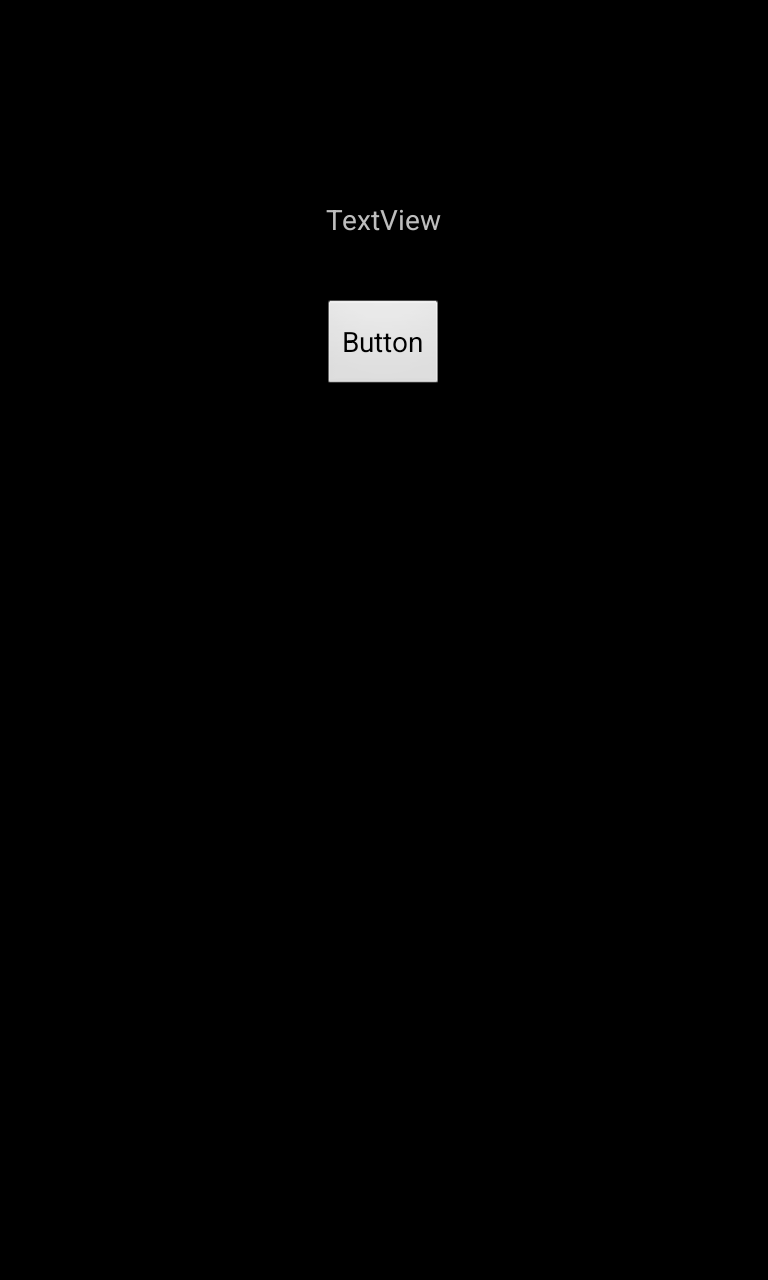
Repository: adityasawhney/ParkingIQ
Layout: prototype/RestAndroid/res/layout/main.xml
An editor plug-in stored every save of this project. The layout is shown before and after the next save, followed by the edit.
It is drawn on a 768 x 1280 px phone screen (xhdpi) without system bars, with theme android:Theme; the app's code is not run.

Above is the layout before, as saved 2011-04-16 04:15:55.

After the next save:
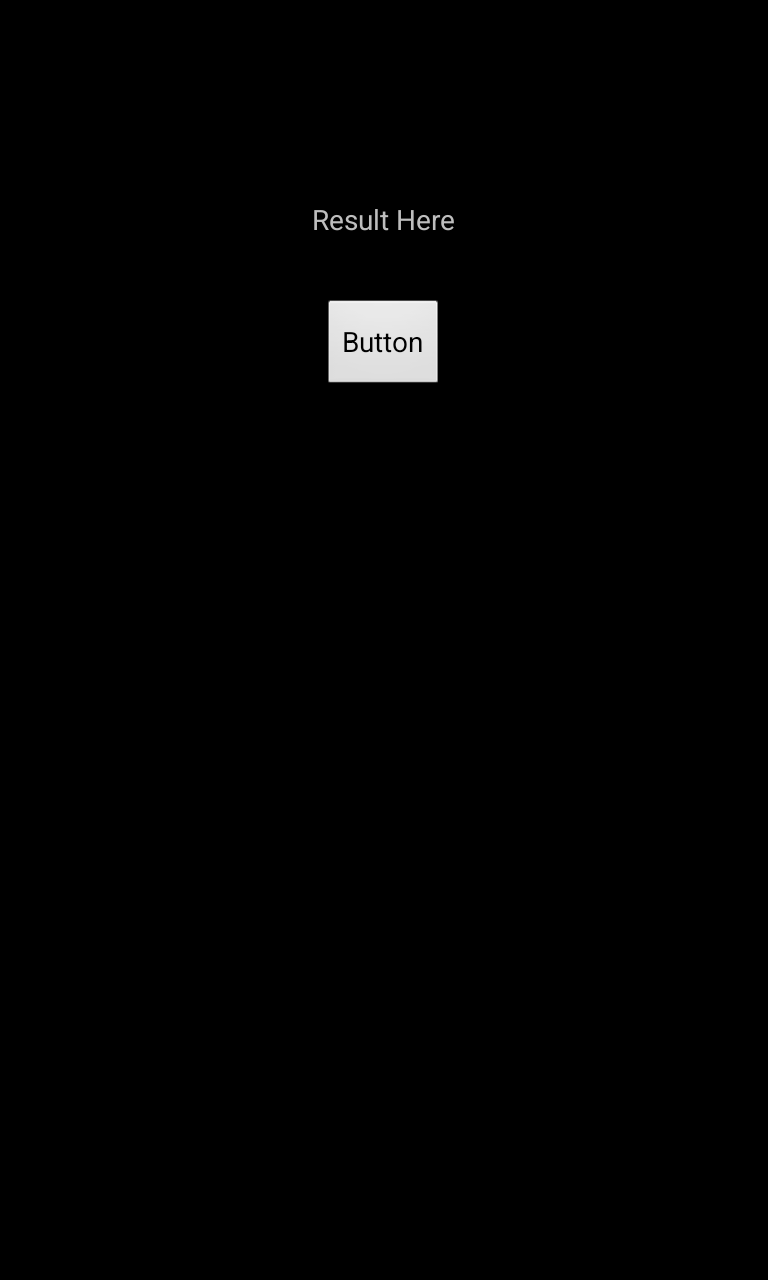
Saved 8 s later.
--- a/prototype/RestAndroid/res/layout/main.xml
+++ b/prototype/RestAndroid/res/layout/main.xml
@@ -1,6 +1,6 @@
 <?xml version="1.0" encoding="utf-8"?>
     <LinearLayout xmlns:android="http://schemas.android.com/apk/res/android" android:layout_width="fill_parent" android:layout_height="fill_parent" android:id="@+id/linearLayout1" android:orientation="vertical">
-        <TextView android:layout_width="wrap_content" android:id="@+id/txtTime" android:text="TextView" android:layout_height="wrap_content" android:layout_gravity="center" android:layout_marginTop="100dip"></TextView>
+        <TextView android:layout_width="wrap_content" android:id="@+id/txtTime" android:text="Result Here" android:layout_height="wrap_content" android:layout_gravity="center" android:layout_marginTop="100dip"></TextView>
         <Button android:id="@+id/button1" android:text="Button" android:layout_height="wrap_content" android:layout_width="wrap_content" android:layout_gravity="center" android:layout_margin="30dip"></Button>
     </LinearLayout>
 
